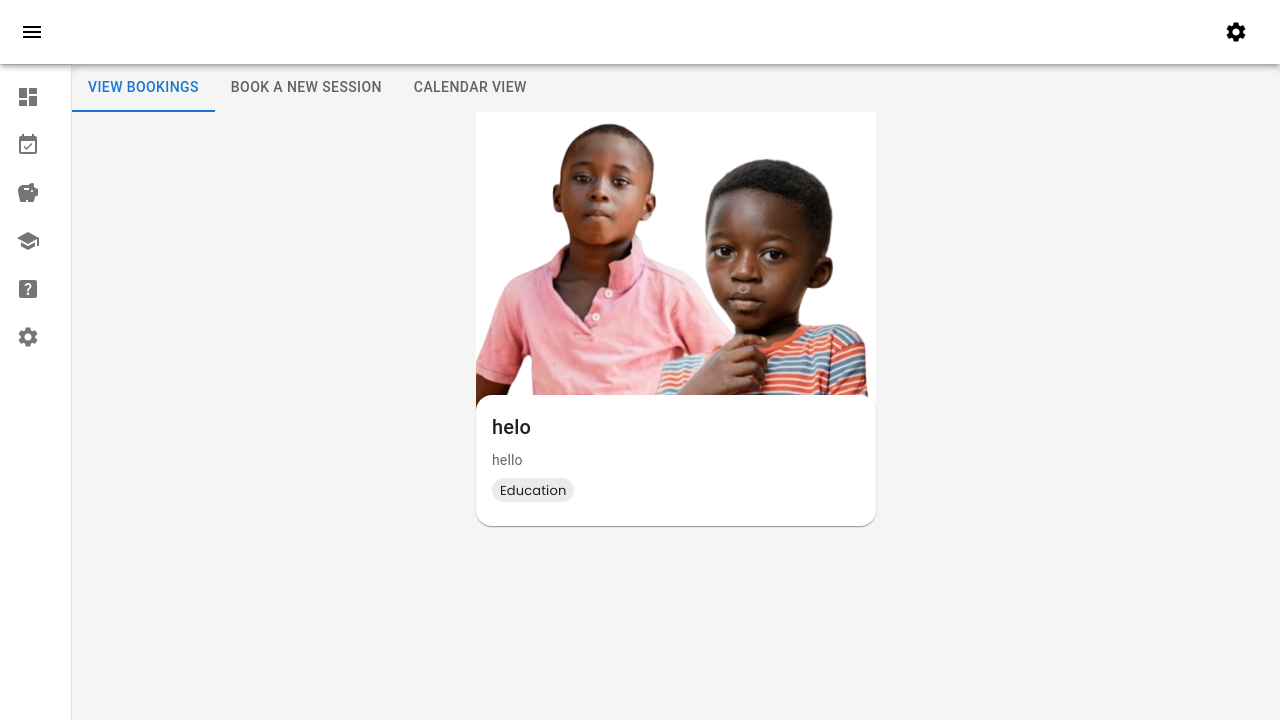
Repository: shubhampirate/Google_Solutions_Edural
Page: /bookings
The author's editor kept a copy of each file at every save. The page is drawn from the files as they stood at one save, then again after the next save.
The browser window is 1280 px wide. The pictures show the whole page.
An inner scrolling area shows only its first screen. The project was rebuilt for these pictures with package versions that can differ from the ones it lists, and the page was loaded fresh each time. Some packages were replaced by stand-ins written for this rebuild. Also part of the build but not shown: src/Components/CustomButton.jsx, src/Components/Navbar.jsx, src/Components/Footer.jsx, src/Components/CongratsCard.jsx, src/pages/Hero/Hero.jsx, src/pages/Dashboard/Dashboard.jsx, src/pages/Sign_in.jsx, src/pages/Bookings/LicenseCard.jsx.

Above is the page before, as saved 2024-02-04 17:46:45.

After the next save:
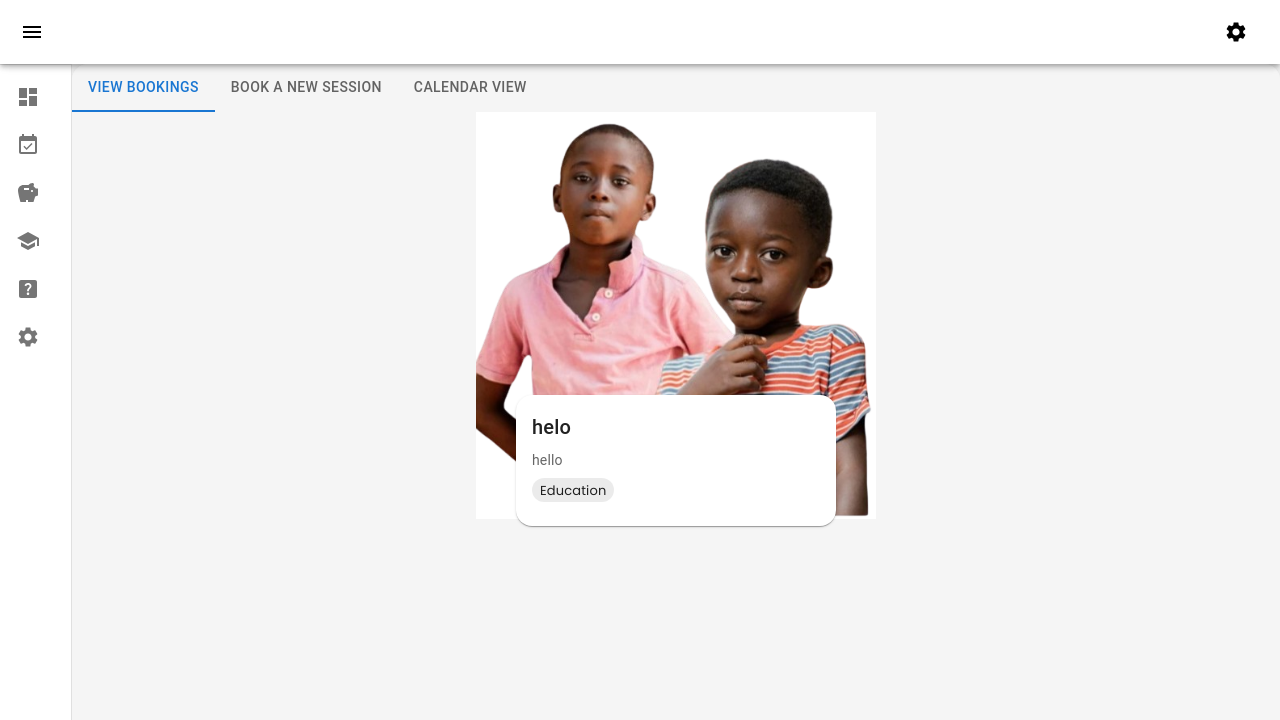
Saved 44 s later.
--- a/src/pages/Bookings/bookings.jsx
+++ b/src/pages/Bookings/bookings.jsx
@@ -112,8 +112,8 @@ export default function Booking() {
         sx={{
           position: 'absolute',
           bottom: 0,
-          left: 0,
-          right: 0,
+          left: '10%', // Adjust as needed
+          right: '10%', // Adjust as needed
           backgroundColor: (theme) => theme.palette.background.paper,
           opacity: 1,
           borderRadius: '16px',
